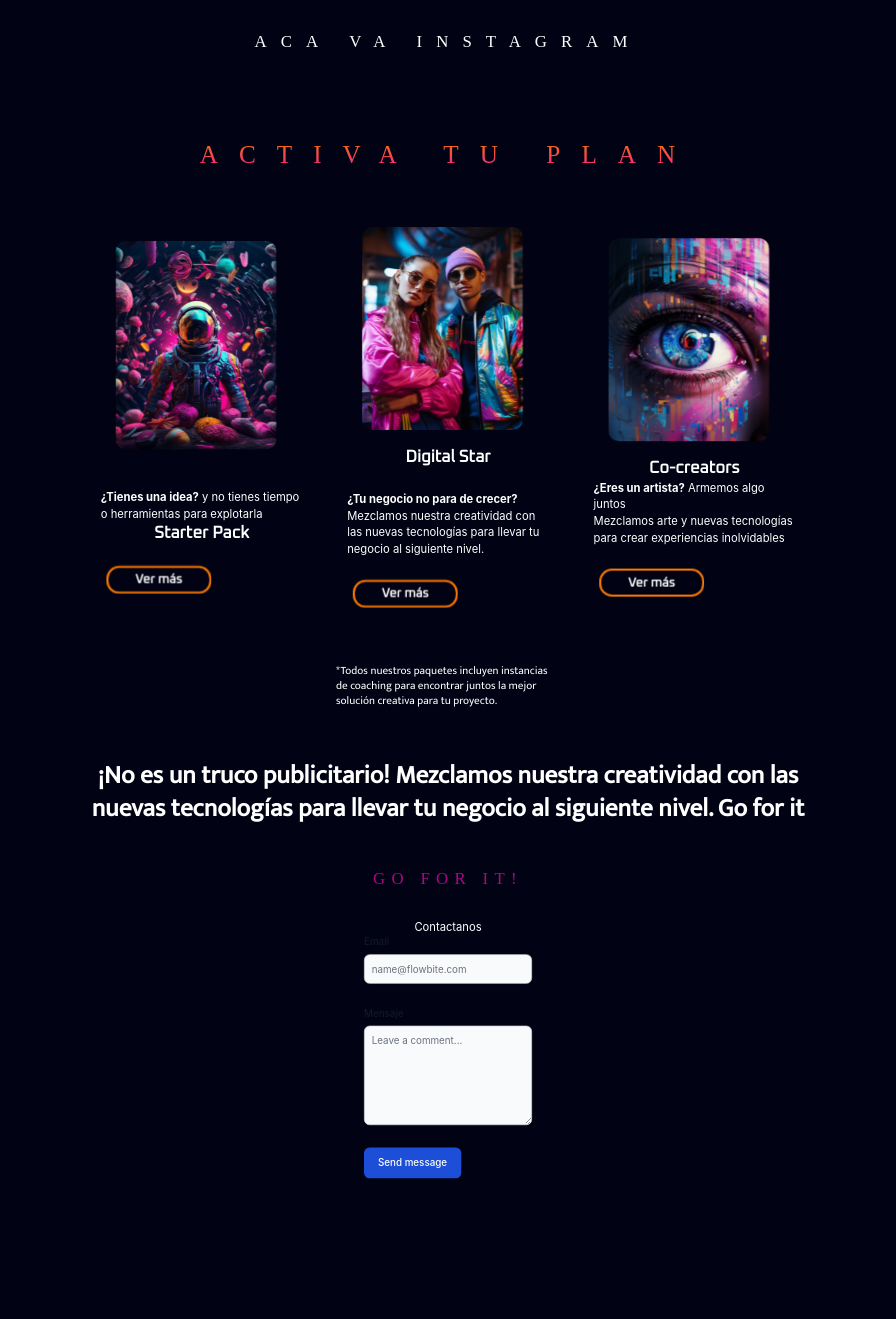
Repository: itsomosedison/tailwind-landing-page
Page: index.html
The author's editor kept a copy of each file at every save. The page is drawn from the files as they stood at one save, then again after the next save.
The browser window is 1280 px wide. The pictures show the part of the page from y = 1115 to 3035 px (the page is 2999 px tall before and 3035 px after), at 70% of full size.
Some web fonts or font styles are not loaded; a fallback is used.

Above is the page before, as saved 2023-09-30 20:46:15.

### index.html
<!DOCTYPE html>
 <html lang="en" class="">
<head>
    <meta charset="UTF-8">
    <meta http-equiv="X-UA-Compatible" content="IE=edge">
    <meta name="viewport" content="width=device-width, initial-scale=1.0">
    <title>Fuxia Lab</title>
    <meta name="description" content="Creamos contenido para tu negocio. FOTOS - VIDEOS - PACKS DE IMAGENES. Tenemos packs de contenido hechos a tu medida.">
    <link href="./output.css" rel="stylesheet">
</head>
<body>
    <header>
        <nav class="fuxiaNavBar">
            <div class="flex flex-wrap justify-between items-center mx-auto max-w-screen-xl">
                <a href="https://fuxialab.com" class="flex items-center">
                    <img src="recursos/LogoFuxiaHorizontal.png" class="logo mr-3 h-6 sm:h-9" alt="FuxiaLab Logo" />
                </a>
            </div>
        </nav>
    </header>

    <div class="hero containerFuxiaHero">
        <div class="containerFuxia flex-col" style="max-width:  1080px;align-items: center;">
            <h1 class="FuxiaH1">IA Believers</h1>

            <div class="flex-row" style="max-width: 400px;">
                <h2 class="FuxiaH2"> <b>¡No es un truco publicitario!</b> Mezclamos nuestra creatividad con las nuevas tecnologías para llevar tu negocio al siguiente nivel.</h2>
                <p class="FuxiaSpecialText">GO FOR IT!</p>
            </div>
            <div class="flex-row" style="text-align: center;width:70%">
                <p class="WhiteSpecialText" style="text-align: center;">SELECCIONA TU NIVEL</p>
            </div>
            <div class="flex-col">
                    <button class="FuxiaButton">Rookie</button>
                    <button class="FuxiaButton">Amateur</button>
                    <button class="FuxiaButton">Follower</button>
                    <button class="FuxiaButton">Believer</button>
            </div>
        </div>
    </div>

    <div class="containerFuxia flex-col" style="max-width:  1080px;align-items: center;margin-top: -32px;">
        <img src="recursos/sheepHero2.png" alt="Imagen de la oveja" style="width:1920px;" />
        <p class="WhiteSpecialText" style="text-align: center;">INSTA SHEEP</p>
        <p class="WhiteSpecialText" style="text-align: center;">ACA VA INSTAGRAM</p>
    </div>

    <div class="containerFuxia flex-col" style="max-width:  1080px;align-items: center;">
        <p class="GradienteSpecialText" style="text-align: center;">ACTIVA TU PLAN</p>
    </div>

    <div class="containerFuxiaCards flex-row">
                <div class="cardContainer">
                    <a href="https://api.whatsapp.com/send/?phone=5401138519899&text=Hola%21+vi+tu+anuncio+en+la+web+y+estoy+interesado+en+un+Starter+Pack" target="_blank" class="fuxiaCard">
                        <img class="cardImg" src="recursos/start.png" alt="Imagen de la oveja" />
                    </a>
                    <p class="mt-8"><b>¿Tienes una idea?</b> y no tienes tiempo o herramientas para explotarla</p>
                    <h1 class="cardH1">Starter Pack</h1>
                    <br>
                    <button class="gradientButton">Ver más</button>
                </div>

                <div class="cardContainer">
                    <a href="https://api.whatsapp.com/send/?phone=5401138519899&text=Hola%21+vi+tu+anuncio+en+la+web+y+estoy+interesado+en+ser+un+Digital+Star" target="_blank" class="fuxiaCard">
                        <img class="cardImg" src="recursos/star.png" alt="Imagen de la oveja" />

                    </a>
                    <h1 class="cardH1">Digital Star</h1>
                    <p class="mt-8"> <b>¿Tu negocio no para de crecer?</b> Mezclamos nuestra creatividad con las nuevas tecnologías para llevar tu negocio al siguiente nivel.</p>
                    <br>
                    <button class="gradientButton">Ver más</button>
                </div>


                <div class="cardContainer">
                    <a href="https://api.whatsapp.com/send/?phone=5401138519899&text=Hola%21+vi+tu+anuncio+en+la+web+y+estoy+interesado+en+co+crear+un+proyecto+jun" target="_blank" class="fuxiaCard">
                        <img class="cardImg" src="recursos/cocrea.png" alt="Imagen de la oveja" />
                    </a>
                    <h1 class="cardH1">Co-creators</h1>
                    <p class=""><b>¿Eres un artista?</b> Armemos algo juntos</p> Mezclamos arte y nuevas tecnologías para crear experiencias inolvidables</p>
                    <br>
                    <button class="gradientButton">Ver más</button>
                </div>
            </div>
            </div>
        </section>
    </div>

        <div class="containerFuxia flex-row" style="max-width:  1080px;align-items: center;">
                    <p class="FuxiaH2" style="font-size: 16px; width: 320px;">*Todos nuestros paquetes incluyen instancias de coaching para encontrar juntos la mejor solución creativa para tu proyecto.</p>
        </div>

        <div class="containerFuxia flex-row" style="max-width:  1080px;align-items: center;">

                <p class="quoteText">¡No es un truco publicitario! Mezclamos nuestra creatividad con las nuevas tecnologías para llevar tu negocio al siguiente nivel. Go for it</p>
                <p class="FuxiaSpecialText" style="margin-top:60px">GO FOR IT!</p>

                <div>
                    <div class="containerFuxia flex-row">
                        <h2 class="Contactanos">Contactanos</h2>
                        <form action="#" class="space-y-8">
                            <div>
                                <label for="email" class="block mb-2 text-sm font-medium text-gray-900 dark:text-gray-300">Email</label>
                                <input type="email" id="email" class="shadow-sm bg-gray-50 border border-gray-300 text-gray-900 text-sm rounded-lg focus:ring-primary-500 focus:border-primary-500 block w-full p-2.5 dark:bg-gray-700 dark:border-gray-600 dark:placeholder-gray-400 dark:text-white dark:focus:ring-primary-500 dark:focus:border-primary-500 dark:shadow-sm-light" placeholder="name@flowbite.com" required>
                            </div>
                            <div class="sm:col-span-2">
                                <label for="message" class="block mb-2 text-sm font-medium text-gray-900 dark:text-gray-400">Mensaje</label>
                                <textarea id="message" rows="6" class="block p-2.5 w-full text-sm text-gray-900 bg-gray-50 rounded-lg shadow-sm border border-gray-300 focus:ring-primary-500 focus:border-primary-500 dark:bg-gray-700 dark:border-gray-600 dark:placeholder-gray-400 dark:text-white dark:focus:ring-primary-500 dark:focus:border-primary-500" placeholder="Leave a comment..."></textarea>
                            </div>
                            <button type="submit" class="py-3 px-5 text-sm font-medium text-center text-white rounded-lg bg-primary-700 sm:w-fit hover:bg-primary-800 focus:ring-4 focus:outline-none focus:ring-primary-300 dark:bg-primary-600 dark:hover:bg-primary-700 dark:focus:ring-primary-800">Send message</button>
                        </form>
                    </div>
                  </section>

        </div>

   <div class="footerFuxia flex-row">

   </div>

</body>
</html>

Loaded but not shown: output.css (2759 lines, source omitted)

After the next save:
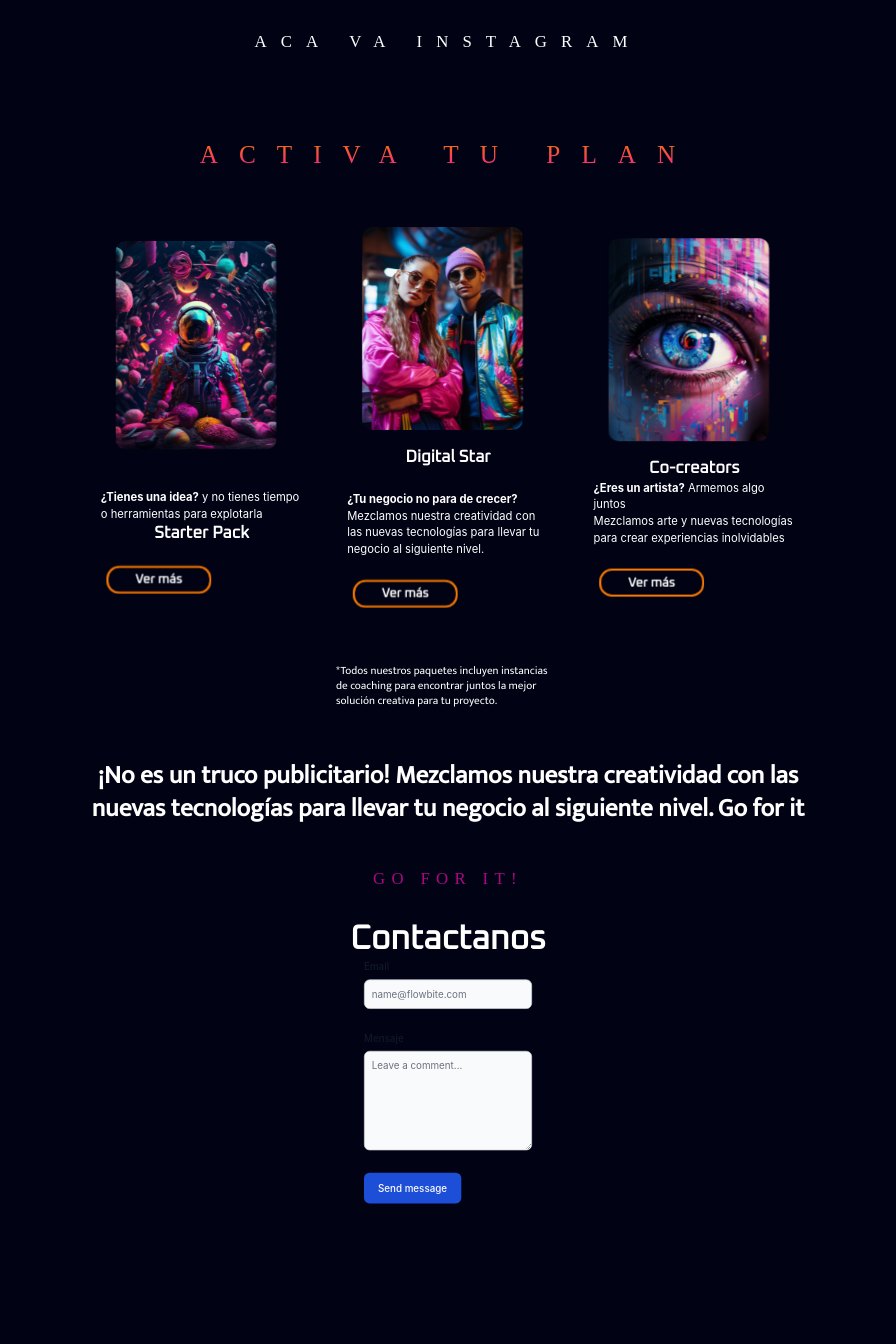
Saved 14 s later.
--- a/index.html
+++ b/index.html
@@ -97,7 +97,7 @@
 
                 <div>
                     <div class="containerFuxia flex-row">
-                        <h2 class="Contactanos">Contactanos</h2>
+                        <h2 class="contactenosH1">Contactanos</h2>
                         <form action="#" class="space-y-8">
                             <div>
                                 <label for="email" class="block mb-2 text-sm font-medium text-gray-900 dark:text-gray-300">Email</label>
